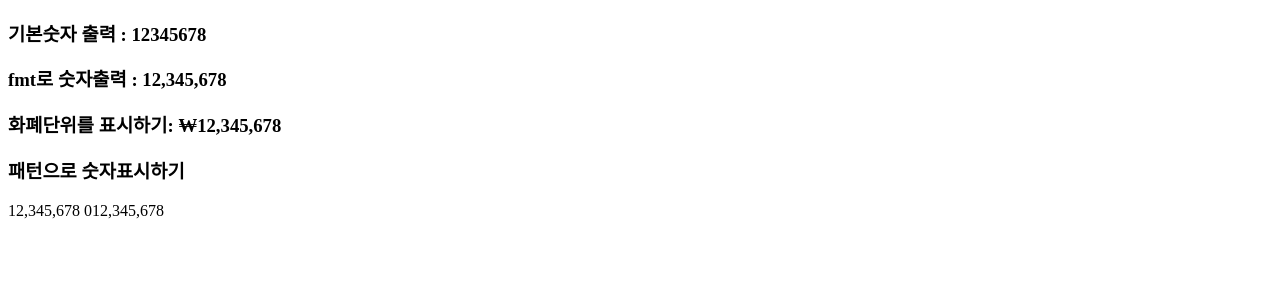
Repository: yongmin0309/mybatis1
Page: http://localhost/eL_JSTL/views/jstl/formattag.jsp
An editor plug-in stored every save of this project. The page is shown before and after a run of saves, followed by the edit.
The browser window is 1280 px wide. The pictures show the whole page.
The page is served by Tomcat 9.

Above is the page before, as saved 2024-04-20 08:08:26.

After the next 2 saves:
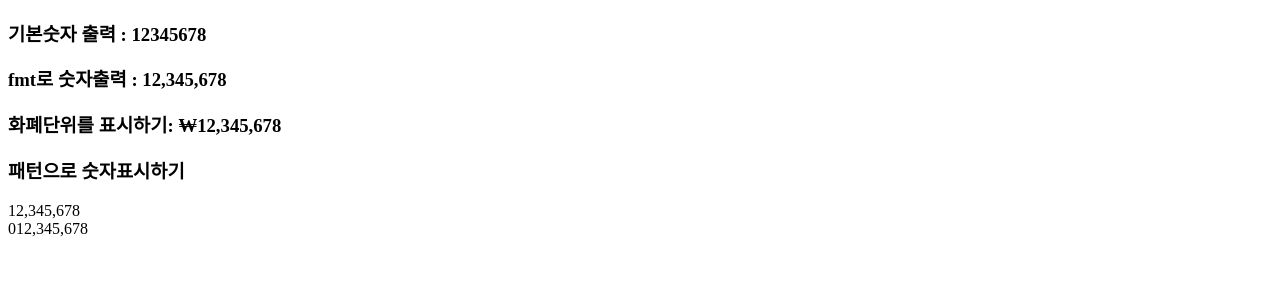
The 2 saves are shown as one change because they came seconds apart.
The last was saved 7 s later.
--- a/work/eL_JSTL/src/main/webapp/views/jstl/formattag.jsp
+++ b/work/eL_JSTL/src/main/webapp/views/jstl/formattag.jsp
@@ -18,7 +18,7 @@
 	type="currency"/></h3>
 
 	<h3>패턴으로 숫자표시하기</h3>
-	<fmt:formatNumber value="${numbertest }" pattern="###,###,###"/>
+	<fmt:formatNumber value="${numbertest }" pattern="###,###,###"/> <br>
 	<fmt:formatNumber value="${numbertest }" pattern="000,000,000"/>
 
 </body>
